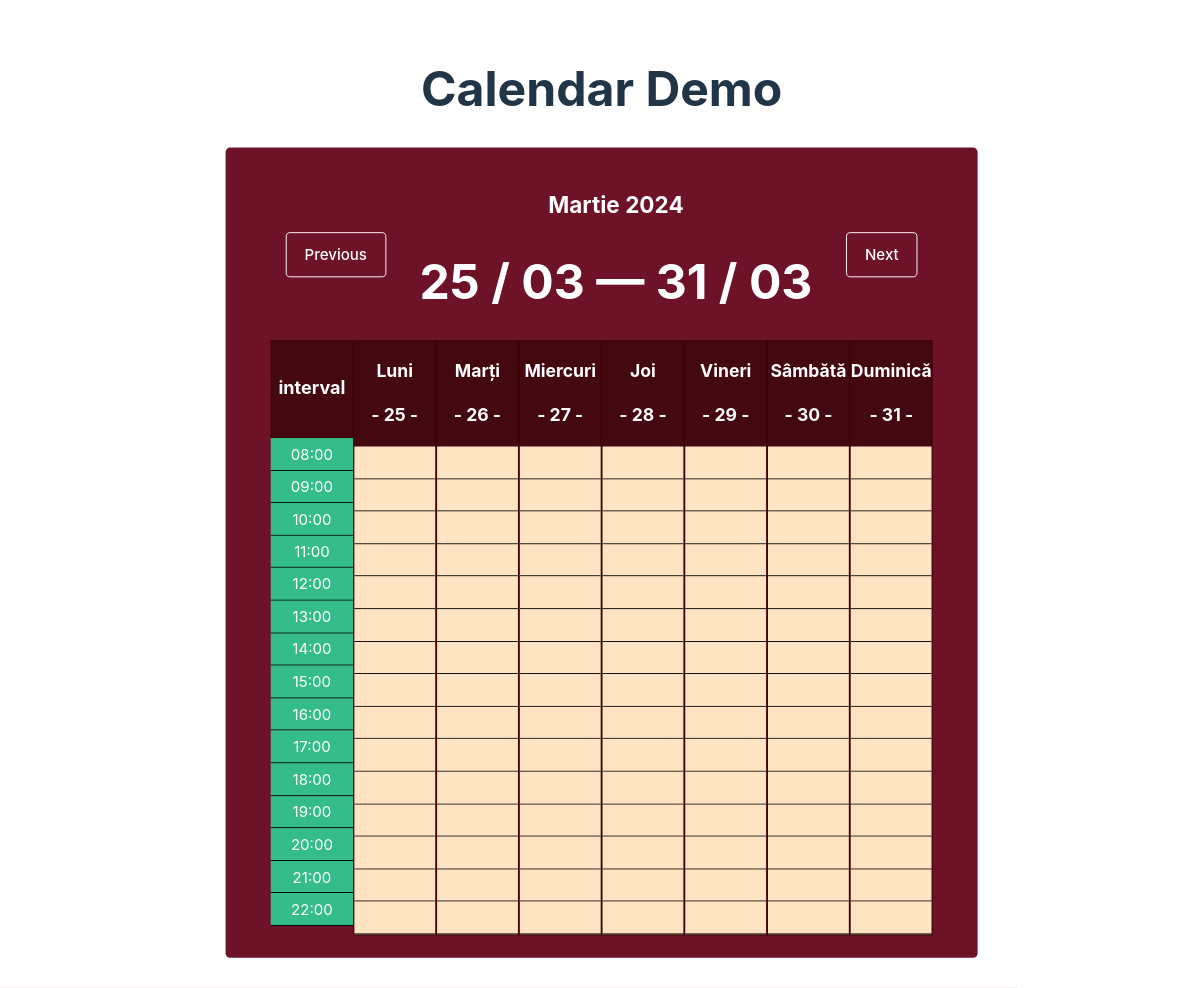
Repository: Maryie-B/weekly-calendar-scheduler
Page: /
These files come from the project's save history. The page is drawn as it stood at one moment and after a run of saves; the edit follows.
The browser window is 1280 px wide. The pictures show the whole page, at 94% of full size.
The project was rebuilt for these pictures with package versions that can differ from the ones it lists, and the page was loaded fresh each time. Also part of the build but not shown: vite.config.js.

Above is the page before, as saved 2024-03-27 09:19:47.

After the next 2 saves:
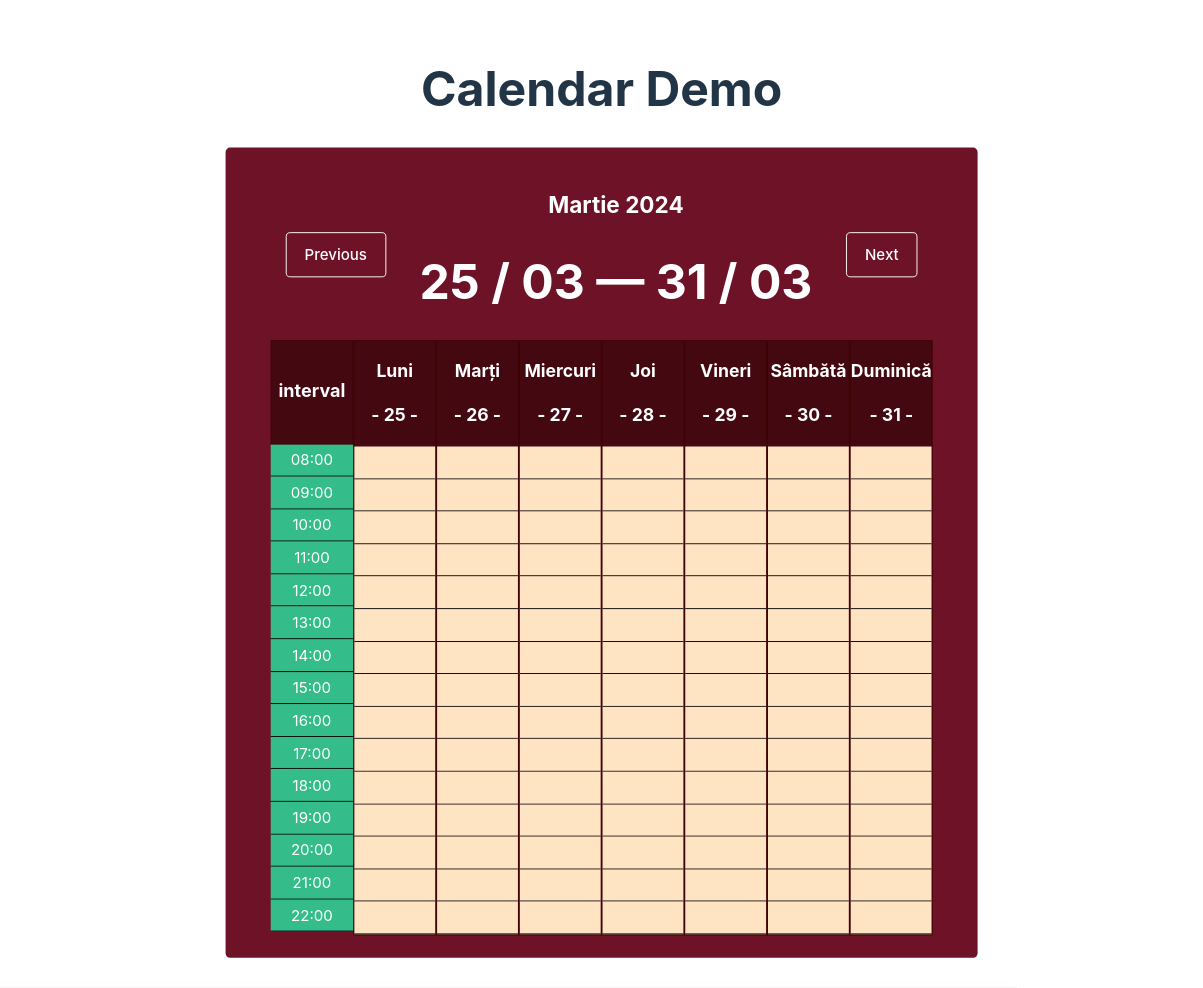
The 2 saves are shown as one change because they came seconds apart.
The last was saved 8 s later.
--- a/src/App.css
+++ b/src/App.css
@@ -55,7 +55,7 @@
 #interval-name {
   font-weight: bold;
   font-size: 1.2rem;
-  padding: 2.2rem 0;
+  padding: 2.4rem 0;
 }
 
 /* .days-header > div{
